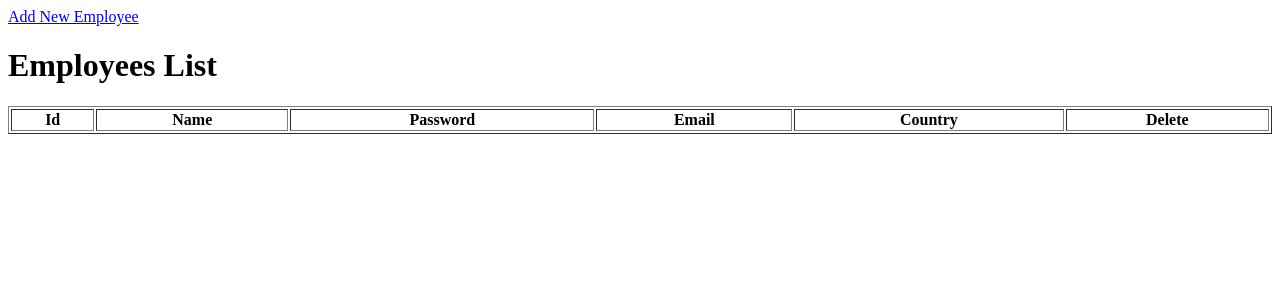
Repository: zeeshan495/AdvanceJava
Page: http://localhost/CrudServlets/displayServlet
The author's editor kept a copy of each file at every save. The page is drawn from the files as they stood at one save, then again after the next save.
The browser window is 1280 px wide. The pictures show the whole page.
The page is served by Tomcat 9. Other server files are loaded and not shown. Queries for data that is not in the repository find no rows.

Above is the page before, as saved 2018-06-30 05:43:55.

### CrudServlets/src/com/bridgelabz/servletEmployee/DisplayServlet.java
package com.bridgelabz.servletEmployee;

import java.io.IOException;
import java.io.PrintWriter;
import java.sql.SQLException;
import java.util.List;
import javax.servlet.ServletException;
import javax.servlet.http.HttpServlet;
import javax.servlet.http.HttpServletRequest;
import javax.servlet.http.HttpServletResponse;

/**
 * Servlet implementation class DisplayServlet
 */

public class DisplayServlet extends HttpServlet {

	protected void doGet(HttpServletRequest request, HttpServletResponse response) throws ServletException, IOException {
		  response.setContentType("text/html");
	        PrintWriter out=response.getWriter();
	        out.println("<a href='index.html'>Add New Employee</a>");
	        out.println("<h1>Employees List</h1>");
	        List<PojoEmployee> list;
			try {
			list = DaoEmployees.getAllEmployees();
	        out.print("<table border='1' width='100%'>");
	        out.print("<tr><th>Id</th><th>Name</th><th>Password</th><th>Email</th><th>Country</th><th>Delete</th></tr>");
	        for(PojoEmployee e:list){
	         out.print("<tr><td>"+e.getId()+"</td><td>"+e.getName()+"</td><td>"+e.getId()+"</td><td>"+e.getMail()+"</td><td>"+e.getCountry()+"</td><td>"+e.getAge()+"</td><td>"+e.getNumber()+"<td><a href='DeleteServlet?id="+e.getId()+"'>delete</a></td></tr>");
	        }
	        out.print("</table>");
			} catch (ClassNotFoundException | SQLException e1) {

				e1.printStackTrace();
			}
	        out.close();

	}

}

### CrudServlets/src/com/bridgelabz/servletEmployee/DaoEmployees.java
package com.bridgelabz.servletEmployee;
import java.sql.Connection;
import java.sql.DriverManager;
import java.sql.PreparedStatement;
import java.sql.ResultSet;
import java.sql.SQLException;
import java.util.ArrayList;
import java.util.List;

public class DaoEmployees {

	public static Connection getConnection() throws ClassNotFoundException, SQLException
	{
		Connection conn=null;
		Class.forName("com.mysql.jdbc.Driver");
		conn=DriverManager.getConnection("jdbc:mysql://localhost:3306/EMPLOYEES","root","root");
		return conn;
	}

		public static int save(PojoEmployee infoEmp){
        int status=0;
        try{
            Connection con=DaoEmployees.getConnection();
            PreparedStatement ps=con.prepareStatement(
                         "insert into employees values(?,?,?,?,?,?)");
            ps.setString(1,infoEmp.getName());
            ps.setString(2,infoEmp.getMail());
            ps.setString(3,infoEmp.getCountry());
            ps.setString(4,infoEmp.getId());
            ps.setString(5,infoEmp.getAge());
            ps.setString(6,infoEmp.getNumber());
            status=ps.executeUpdate();
//            con.close();
        }catch(Exception ex){ex.printStackTrace();}

        return status;
    }

	  public static int update(PojoEmployee e) throws SQLException, ClassNotFoundException{
	        int status=0;
	        Connection con=DaoEmployees.getConnection();
            PreparedStatement ps=con.prepareStatement( "update employees set name=?,mail=?,country=?,id=?,age=?,number=? where id=?");
            ps.setString(1,e.getName());
            ps.setString(2,e.getMail());
            ps.setString(3,e.getCountry());
            ps.setString(4,e.getId());
            ps.setString(5,e.getAge());
            ps.setString(6,e.getNumber());
            status=ps.executeUpdate();
            con.close();
            return status;

	  }

	  public static int delete(String id) throws SQLException, ClassNotFoundException{
	        int status=0;
	        Connection con=DaoEmployees.getConnection();
	        PreparedStatement ps=con.prepareStatement("delete from employees where id=?");
	        ps.setString(1,id);
            status=ps.executeUpdate();
            con.close();
        	return status;
	  }

	  public static PojoEmployee getEmployeeById(String id) throws SQLException, ClassNotFoundException
	  {
		  PojoEmployee pojoEmp=new PojoEmployee();
		  Connection con=DaoEmployees.getConnection();
          PreparedStatement ps=con.prepareStatement("select * from employees where id=?");
          ps.setString(1,id);
          ResultSet rs=ps.executeQuery();
          while(rs.next())
          {
        	  pojoEmp.setName(rs.getString(1));
        	  pojoEmp.setMail(rs.getString(2));
        	  pojoEmp.setCountry(rs.getString(3));
        	  pojoEmp.setId(rs.getString(4));
        	  pojoEmp.setAge(rs.getString(5));
        	  pojoEmp.setNumber(rs.getString(6));
          }
		  return pojoEmp;
	  }

	  public static List<PojoEmployee> getAllEmployees() throws ClassNotFoundException, SQLException
	  {
		  List<PojoEmployee> list=new ArrayList<PojoEmployee>();
		  Connection con=DaoEmployees.getConnection();
          PreparedStatement ps=con.prepareStatement("select * from employees");
          ResultSet rs=ps.executeQuery();
          while(rs.next()){
        	  PojoEmployee pojoEmp=new PojoEmployee();
        	  pojoEmp.setName(rs.getString(1));
        	  pojoEmp.setMail(rs.getString(2));
        	  pojoEmp.setCountry(rs.getString(3));
        	  pojoEmp.setId(rs.getString(4));
        	  pojoEmp.setAge(rs.getString(5));
        	  pojoEmp.setNumber(rs.getString(6));
        	  list.add(pojoEmp);

          }
		  return list;
	  }


}

After the next save:
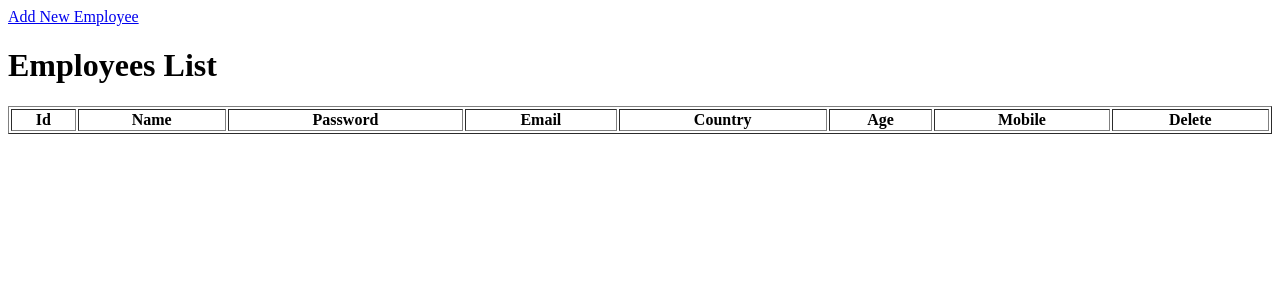
Saved 55 s later.
--- a/CrudServlets/src/com/bridgelabz/servletEmployee/DisplayServlet.java
+++ b/CrudServlets/src/com/bridgelabz/servletEmployee/DisplayServlet.java
@@ -24,7 +24,7 @@ public class DisplayServlet extends HttpServlet {
 			try {
 			list = DaoEmployees.getAllEmployees();
 	        out.print("<table border='1' width='100%'>");
-	        out.print("<tr><th>Id</th><th>Name</th><th>Password</th><th>Email</th><th>Country</th><th>Delete</th></tr>");
+	        out.print("<tr><th>Id</th><th>Name</th><th>Password</th><th>Email</th><th>Country</th><th>Age</th><th>Mobile</th><th>Delete</th></tr>");
 	        for(PojoEmployee e:list){
 	         out.print("<tr><td>"+e.getId()+"</td><td>"+e.getName()+"</td><td>"+e.getId()+"</td><td>"+e.getMail()+"</td><td>"+e.getCountry()+"</td><td>"+e.getAge()+"</td><td>"+e.getNumber()+"<td><a href='DeleteServlet?id="+e.getId()+"'>delete</a></td></tr>");
 	        }
